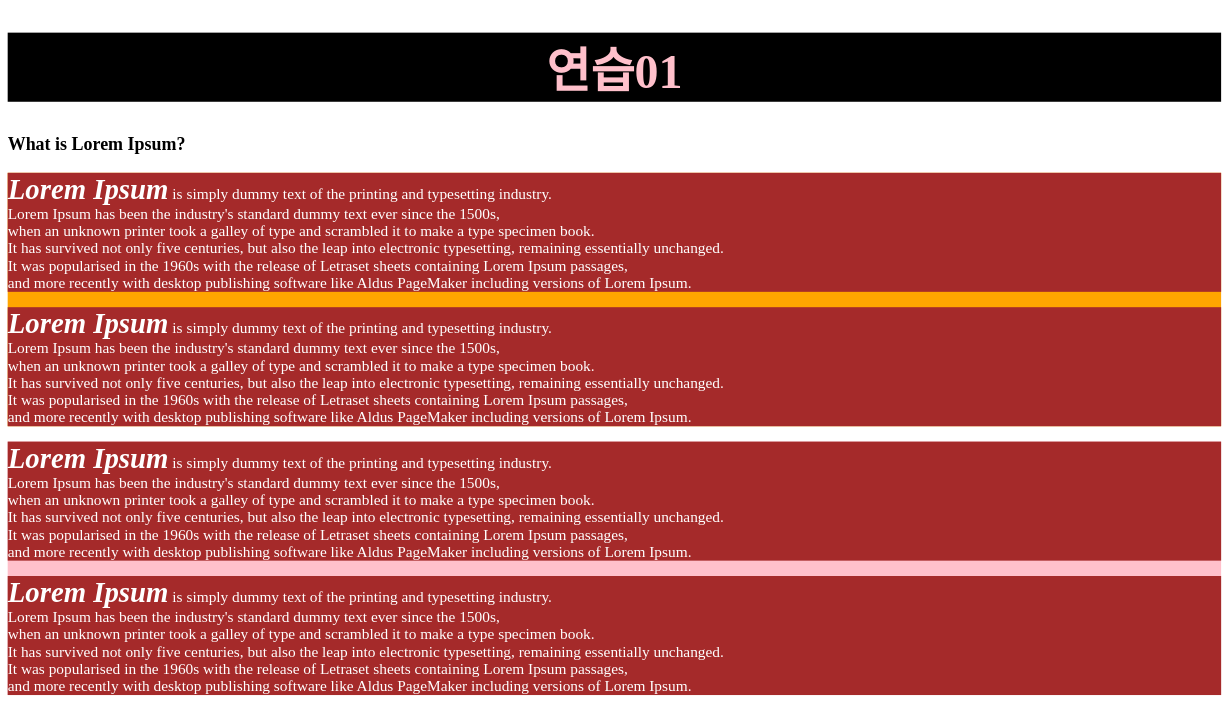
Repository: odasd/Ark-html
Page: 20200407/ex20200407/WebContent/ex01.html
These files come from the project's save history. The page is drawn as it stood at one moment and after the next save; the edit follows.
The browser window is 1280 px wide. The pictures show the whole page, at 96% of full size.

Above is the page before, as saved 2020-04-07 00:14:30.

After the next save:
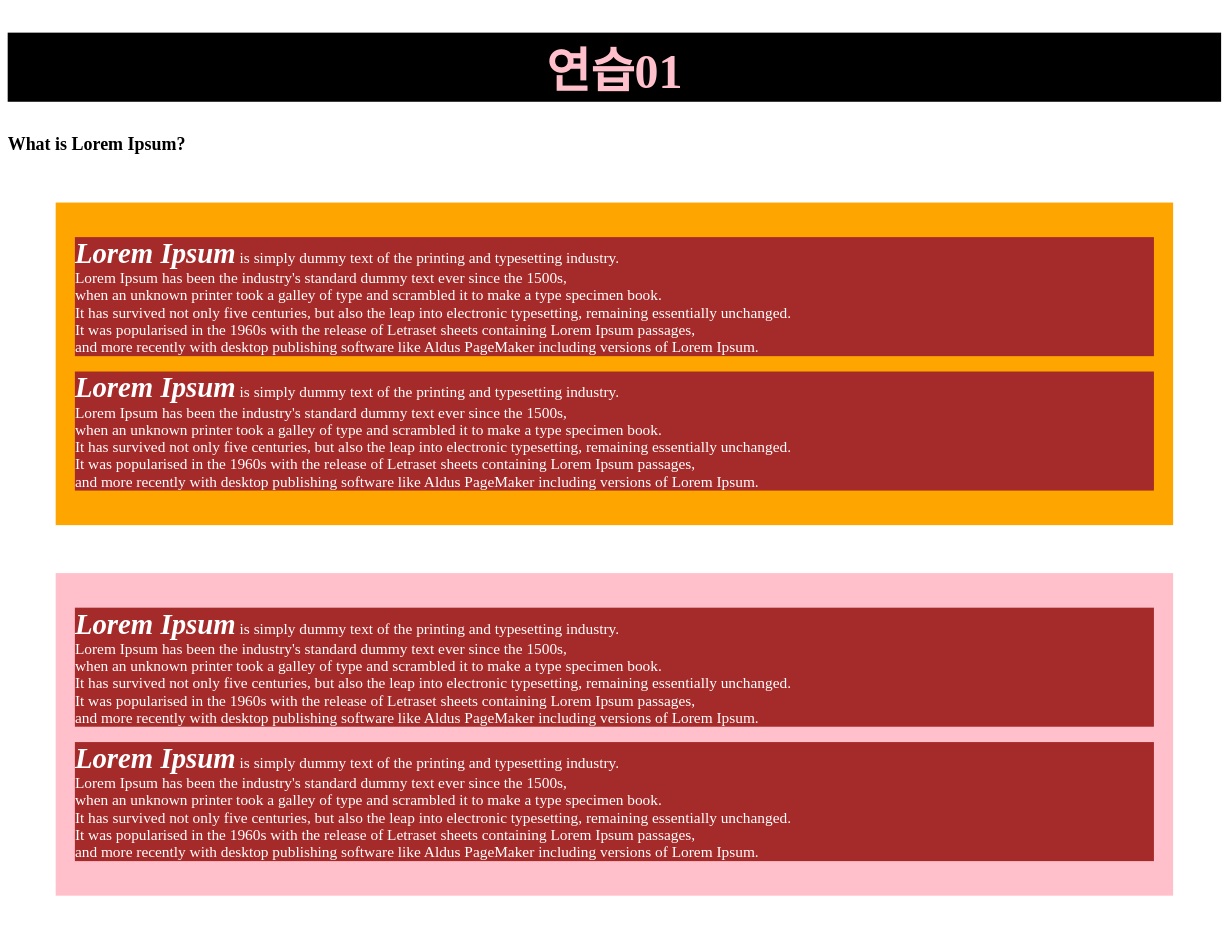
Saved 20 s later.
--- a/20200407/ex20200407/WebContent/ex01.html
+++ b/20200407/ex20200407/WebContent/ex01.html
@@ -7,7 +7,7 @@
 /* 이게 주석이다 */
 h1 {color:pink; background:black; text-align:center; font-size:50px;}
 p {color:white; background:brown;}
-/* div {background:black; padding:20px; margin:50px;} */
+div {background:black; padding:20px; margin:50px;}
 #div01 {background:orange;}
 #div02 {background:pink;}
 /* b {font-size:20px;} */
